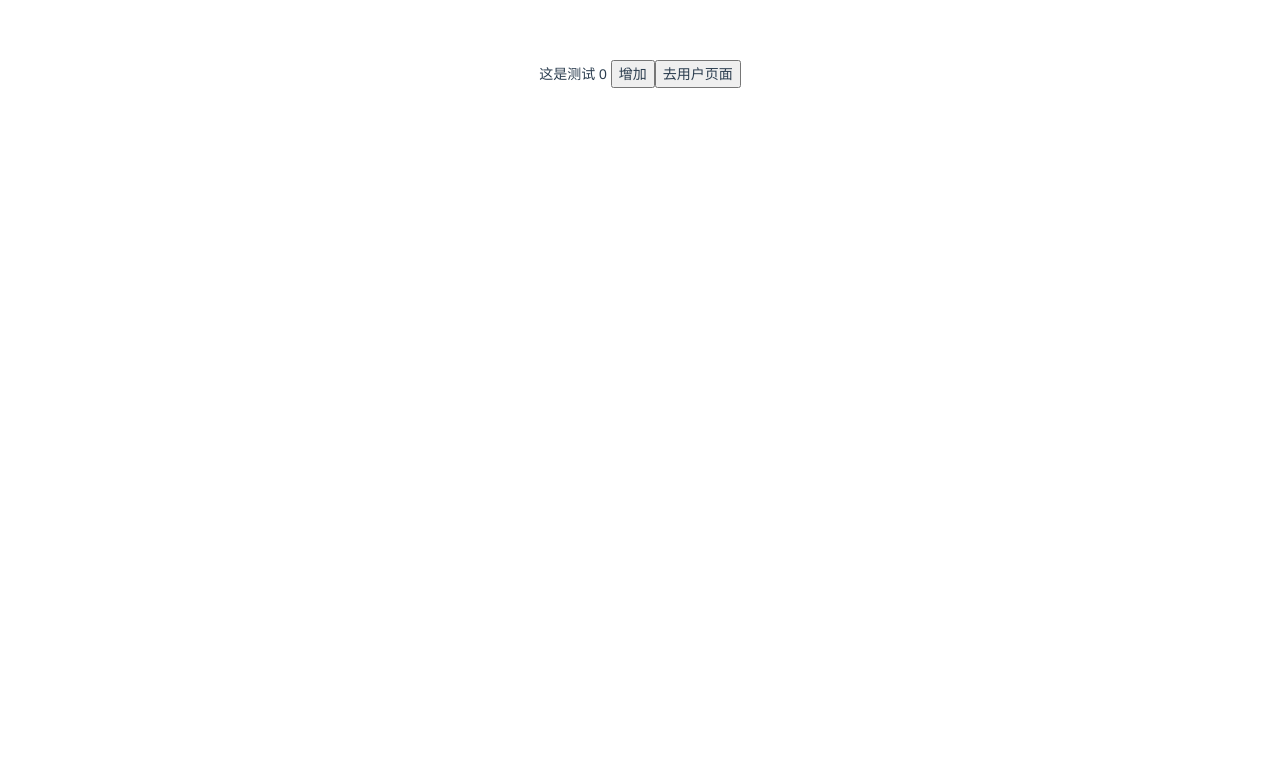
Repository: long3268671/vue3-vite-ts-antD
Page: /
The author's editor kept a copy of each file at every save. The page is drawn from the files as they stood at one save, then again after the next save.
The browser window is 1280 px wide. The pictures show the whole page.
The project was rebuilt for these pictures with package versions that can differ from the ones it lists, and the page was loaded fresh each time. Also part of the build but not shown: vite.config.ts.

Above is the page before, as saved 2021-12-16 15:25:35.

After the next save:
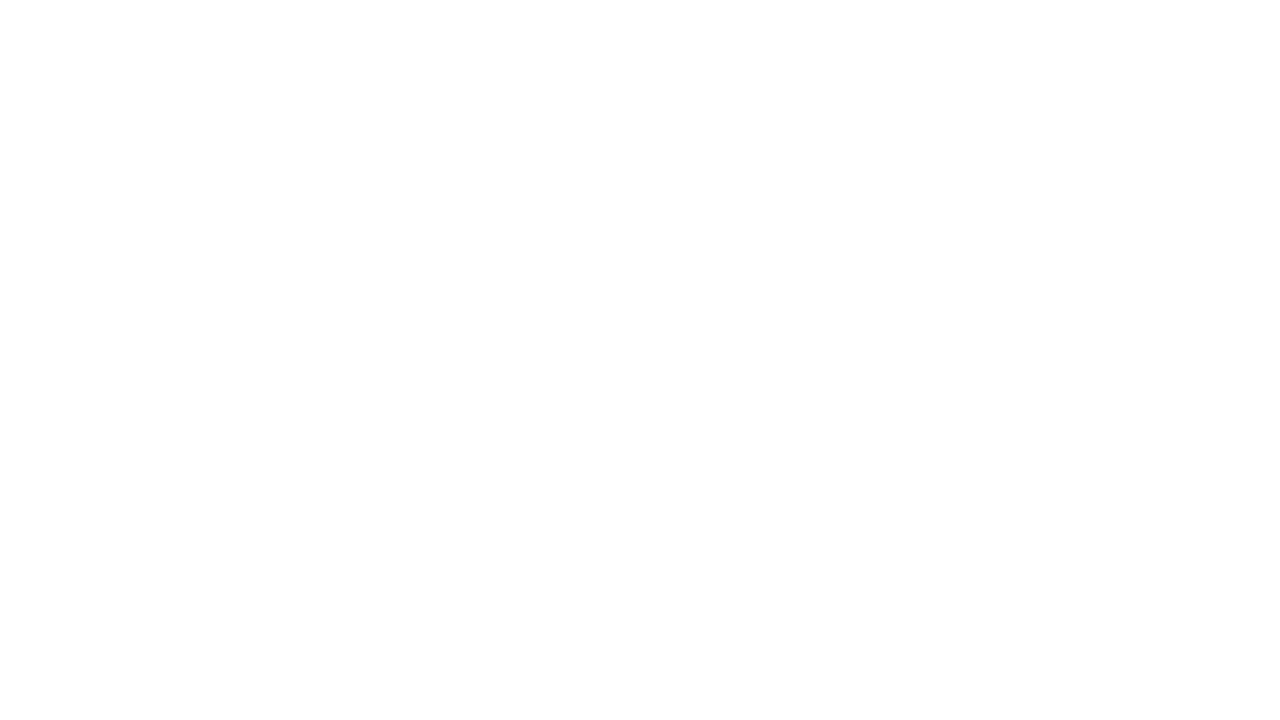
Saved 6 s later.
--- a/src/main.ts
+++ b/src/main.ts
@@ -13,4 +13,4 @@
 const app = createApp();
 app.config.productionTip = false;
 
-createApp(App).use(router).use(store, key).mount('#app')
+app.use(router).use(store, key).mount('#app')

After the 5 saves that followed:
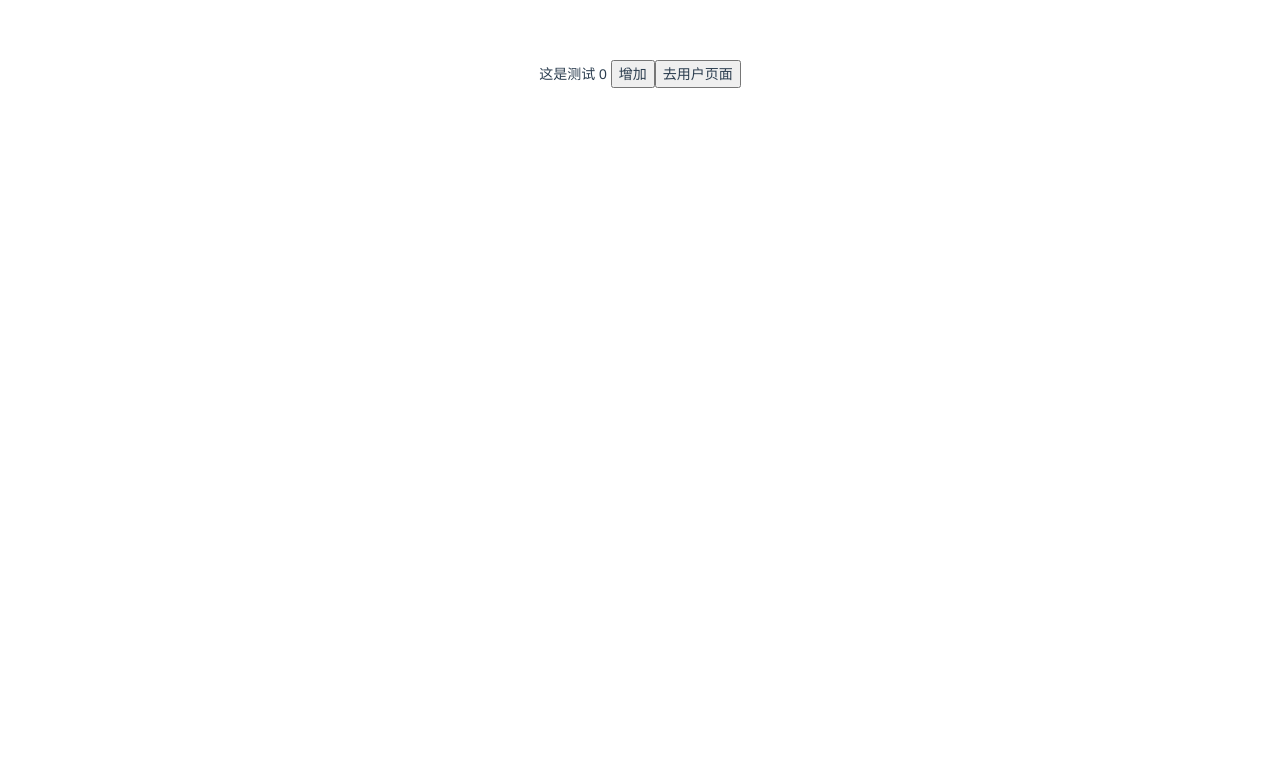
The 5 saves are shown as one change because 1 did not build or start and some came seconds apart.
The last was saved 79 s later.
--- a/src/main.ts
+++ b/src/main.ts
@@ -10,7 +10,6 @@
 // title
 console.log(import.meta.env.VITE_APP_TITLE);
 
-const app = createApp();
+const app = createApp(App);
 app.config.productionTip = false;
-
 app.use(router).use(store, key).mount('#app')
